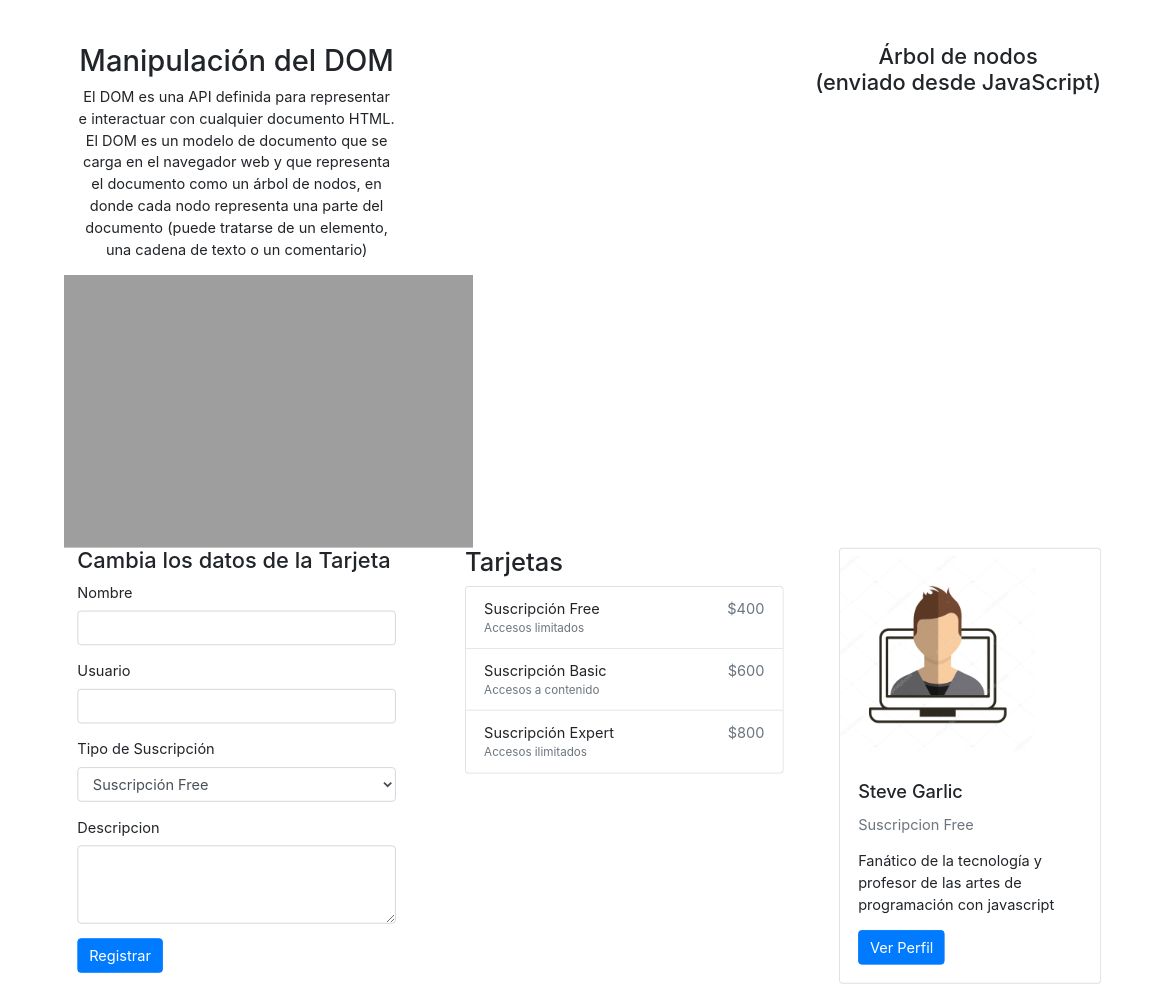
Repository: pedro-donoso/manipulacion-dom
Page: index.html
An editor plug-in stored every save of this project. The page is shown before and after the next save, followed by the edit.
The browser window is 1280 px wide. The pictures show the whole page, at 91% of full size.
Pictures or frames that could not be fetched are drawn as grey boxes.

Above is the page before, as saved 2024-02-06 14:29:50.

After the next save:
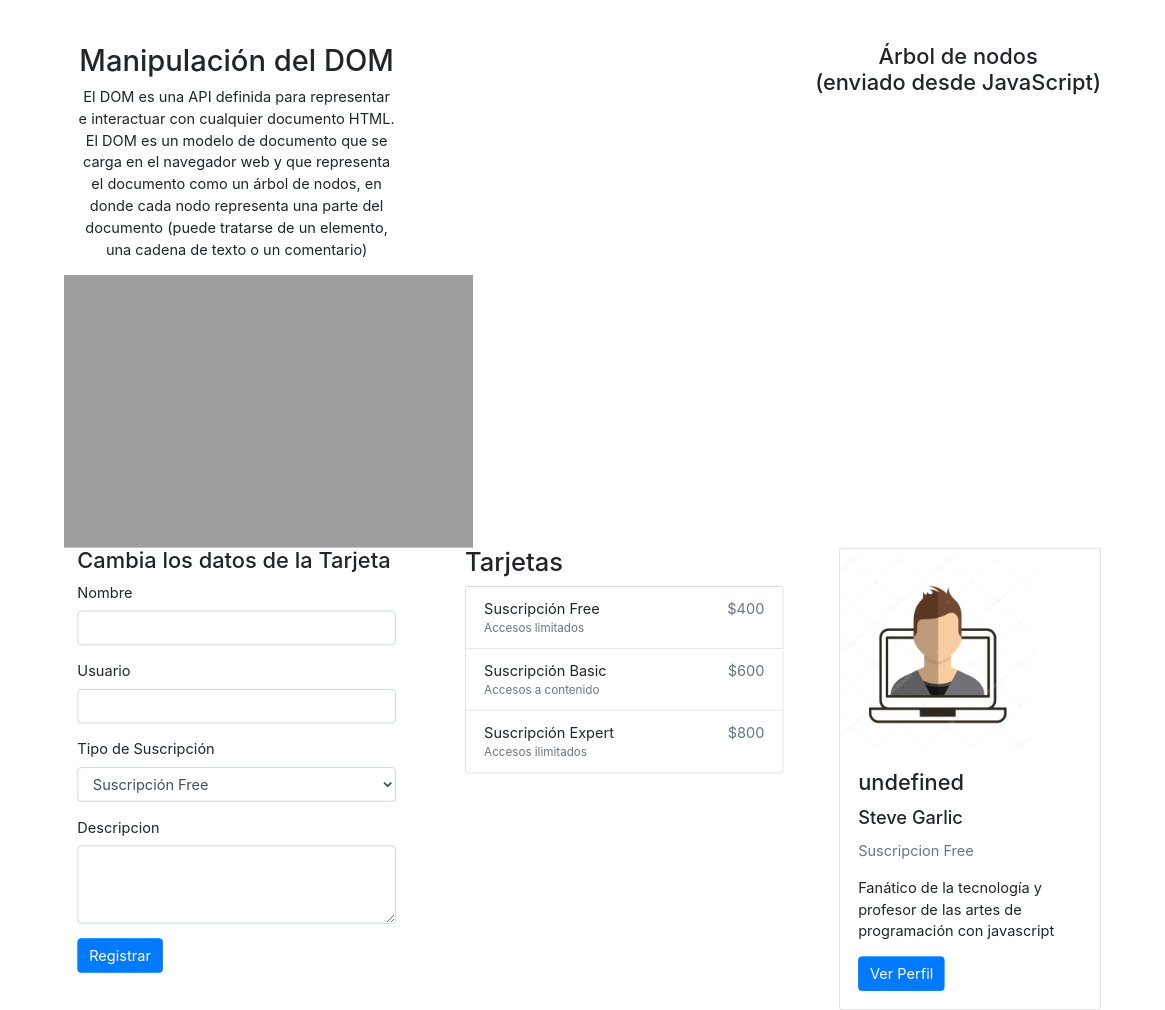
Saved 44 s later.
--- a/app.js
+++ b/app.js
@@ -25,7 +25,6 @@ contenedor.append(subtitulo, imagen);
 // 13- AGREGO CONSTRUCTOR
 const autor = {
   nombre: "Steve Garlic",
-  usuario: "",
   suscripcion: "Suscripcion Free",
   descripcion:
     "Fanático de la tecnología y profesor de las artes de programación con javascript",
